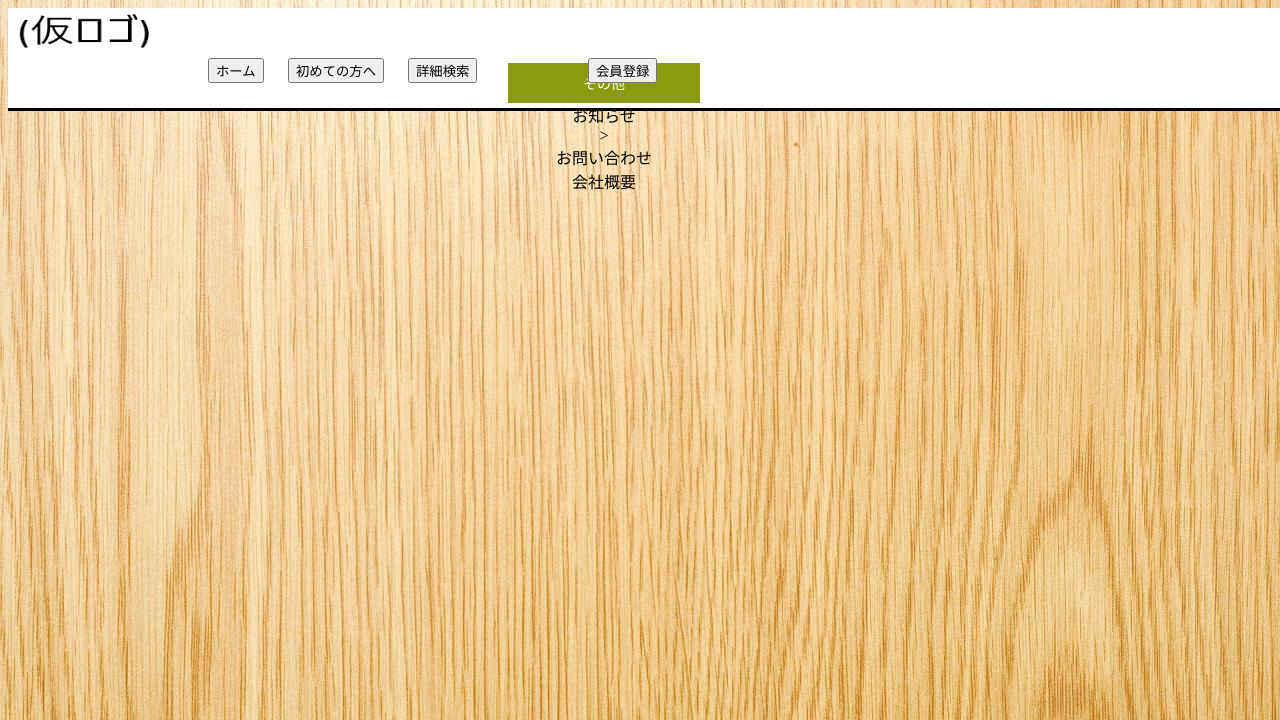
Repository: k0816/backup-master
Page: http://localhost/cycle/
These files come from the project's save history. The page is drawn as it stood at one moment and after the next save; the edit follows.
The browser window is 1280 px wide. The pictures show the whole page.
The page is served by Tomcat 9. Other server files are loaded and not shown.

Above is the page before, as saved 2018-01-09 05:42:42.

### cycle/WebContent/home.jsp
<%@ page language="java" contentType="text/html; charset=UTF-8"
	pageEncoding="UTF-8"%>
<%@ taglib prefix="s" uri="/struts-tags"%>
<!DOCTYPE html>
<html>
<head>
<meta charset="utf-8">
<meta http-equiv="Content-Type" content="text/html; charset=utf-8" />
<meta http-equiv="Content-Style-Type" content="text/css" />
<meta http-equiv="Content-Script-Type" content="text/javascript" />
<meta http-equiv="imagetoolbar" content="no" />
<meta name="description" content="" />
<meta name="keywords" content="" />
<title>Home画面</title>
<style type="text/css">

</style>


</head>

<body>

<jsp:include page="/includeHeader.jsp" flush="true" />

</body>
</html>

### cycle/WebContent/includeHeader.jsp
<%@ page language="java" contentType="text/html; charset=UTF-8"
	pageEncoding="UTF-8"%>
<%@ taglib prefix="s" uri="/struts-tags"%>
<!DOCTYPE html PUBLIC "-//W3C//DTD HTML 4.01 Transitional//EN" "http://www.w3.org/TR/html4/loose.dtd">
<html>
<head>
<meta http-equiv="Content-Type" content="text/html; charset=UTF-8">
<title>ヘッダー記述</title>

<style type="text/css">
#header {
	width: 100%;
	height: 100px;
	background-color: white;
	border-bottom: 3px solid black;
	position: fixed;
}

.botan {
	position: absolute;
	top: 50px;
}

#home {
	position: absolute;
	left: 200px;
}

#new {
	position: absolute;
	left: 280px;
}

#search {
	position: absolute;
	left: 400px;
}

#other {
	position: absolute;
	left: 500px;
}

#create {
	position: absolute;
	left: 580px;
}

body {
	background: url("./image/wood.jpg");
}

/* --- ドロップダウンメニュー --- */

.dropmenu{
  *zoom: 1;
  list-style-type: none;
  width: 960px;
  margin: 5px auto 30px;
  padding: 0;
}
.dropmenu:before, .dropmenu:after{
  content: "";
  display: table;
}
.dropmenu:after{
  clear: both;
}
.dropmenu li{
  position: relative;
  width: 20%;
  float: left;
  margin: 0;
  padding: 0;
  text-align: center;
}
.dropmenu li a{
  display: block;
  margin: 0;
  padding: 15px 0 11px;
  background: #8a9b0f;
  color: #fff;
  font-size: 14px;
  line-height: 1;
  text-decoration: none;
}
.dropmenu li ul{
  list-style: none;
  position: absolute;
  z-index: 9999;
  top: 100%;
  left: 0;
  margin: 0;
  padding: 0;
}
.dropmenu li ul li{
  width: 100%;
}
.dropmenu li ul li a{
  padding: 13px 15px;
  border-top: 1px solid #7c8c0e;
  background: #6e7c0c;
  text-align: left;
}
.dropmenu li:hover > a{
  background: #6e7c0c;
}
.dropmenu li a:hover{
  background: #616d0b;
}

#dropmenu li ul li{
  overflow: hidden;
  height: 0;
  transition: .2s;
}
#dropmenu li:hover ul li{
  overflow: visible;
  height: 38px;
}



</style>

</head>
<body>

	<div id="header">
		<img src="image\logotest.jpg" width="150" height="50">

		<div class="botan">

			<div id="home">
				<form action="GoHomeAction">
					<input type="submit" value="ホーム" />
				</form>
			</div>
			<div id="new">
				<form action="ToNewUserAction">
					<input type="submit" value="初めての方へ" />
				</form>
			</div>
			<div id="search">
				<form action="PartySearchAction">
					<input type="submit" value="詳細検索" />
				</form>
			</div>

			<ul id="other" class="dropmenu">

				<li><a>その他</a>
					<ul>
						<li><form action="PartySearchAction">お知らせ</form>></li>
						<li><form action="PartySearchAction">お問い合わせ</form></li>
						<li><form action="PartySearchAction">会社概要</form></li>
					</ul>
				</li>
			</ul>









			<!-- ログインの右に配置 -->
			<div id="create">
				<form action="UserCreateAction">
					<input type="submit" value="会員登録" />
				</form>
			</div>


		</div>
	</div>

	<br>
	<br>
	<br>
	<br>


</body>
</html>

After the next save:
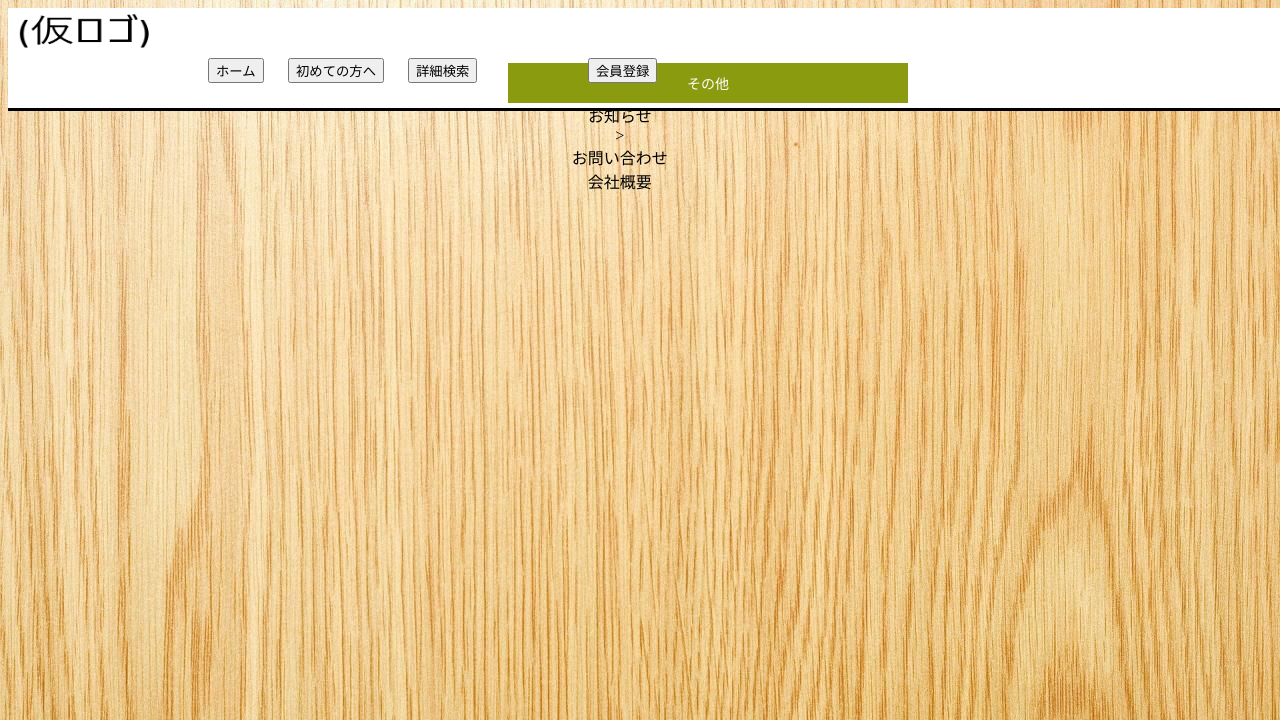
Saved 114 s later.
--- a/cycle/WebContent/includeHeader.jsp
+++ b/cycle/WebContent/includeHeader.jsp
@@ -55,7 +55,7 @@ body {
 .dropmenu{
   *zoom: 1;
   list-style-type: none;
-  width: 960px;
+  width: 2000px;
   margin: 5px auto 30px;
   padding: 0;
 }
